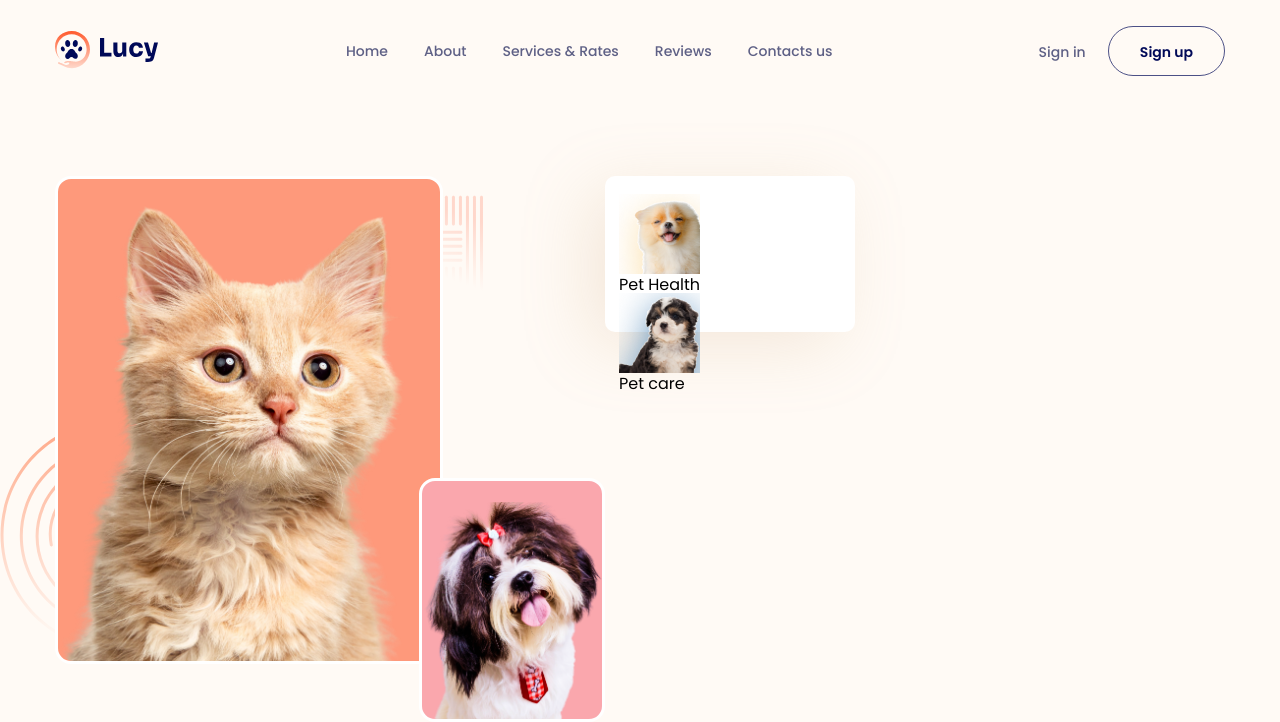
Repository: empty24062002/f8-project-05
Page: index.html
An editor plug-in stored every save of this project. The page is shown before and after the next save, followed by the edit.
The browser window is 1280 px wide. The pictures show the whole page.

Above is the page before, as saved 2023-09-09 17:44:45.

After the next save:
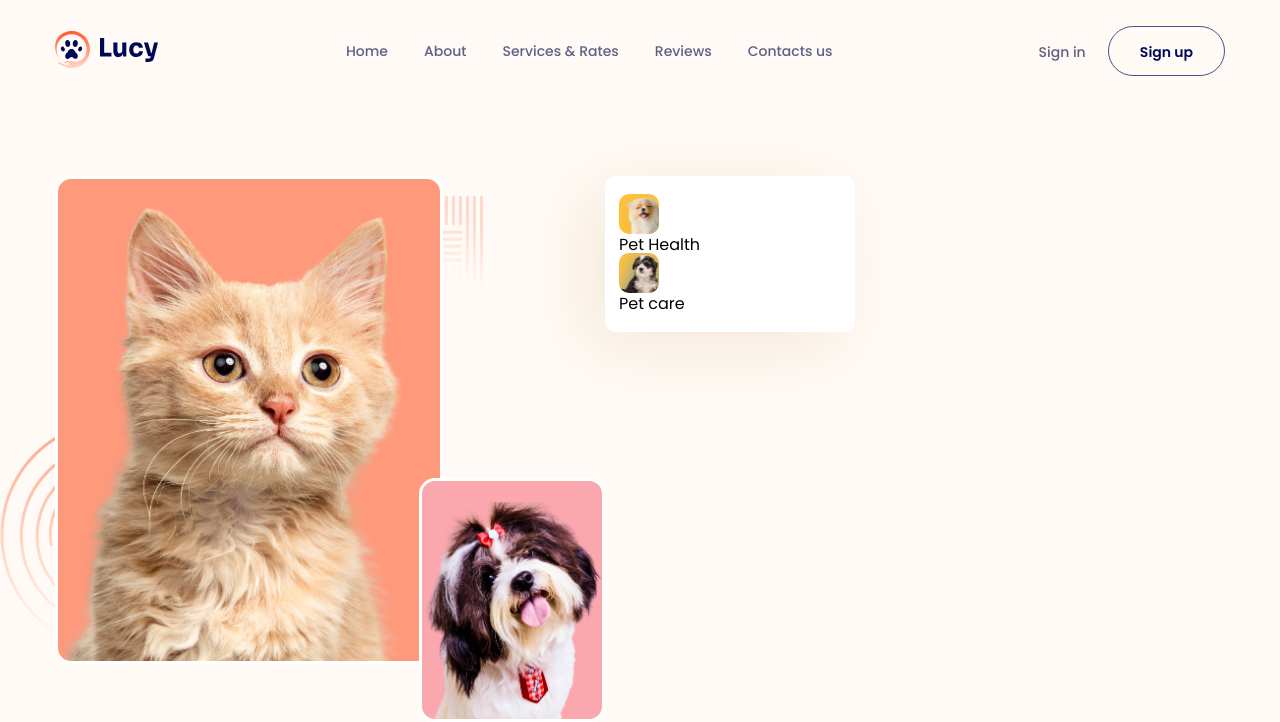
Saved 23 s later.
--- a/assets/css/styles.css
+++ b/assets/css/styles.css
@@ -160,3 +160,10 @@ a {
     background: #fff;
     box-shadow: -17px 14px 68px -4px rgba(207, 174, 132, 0.25);
 }
+
+.hero-list-item__thump {
+    width: 40px;
+    height: 40px;
+    border-radius: 10px;
+    background: #fec23f;
+}
